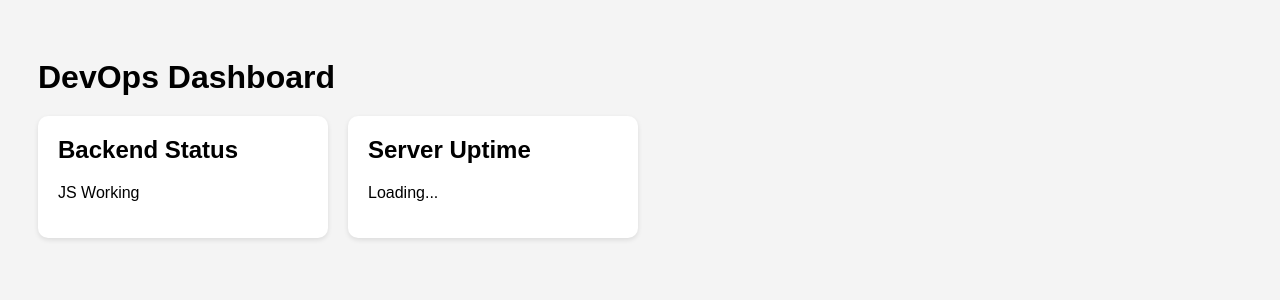
Repository: manoj-991/devops-dashboard
Page: frontend/index.html
An editor plug-in stored every save of this project. The page is shown before and after the next save, followed by the edit.
The browser window is 1280 px wide. The pictures show the whole page.
The page's requests for data from a server got no answer.

Above is the page before, as saved 2026-05-23 00:06:18.

### frontend/index.html
<!DOCTYPE html>
<html>

<head>

    <title>DevOps Dashboard</title>

    <link rel="stylesheet" href="/frontend/style.css">

</head>

<body>

    <h1>DevOps Dashboard</h1>

    <div class="dashboard">

        <div class="card">

            <h2>Backend Status</h2>

            <p id="backend-status">Loading...</p>

        </div>

        <div class="card">

            <h2>Server Uptime</h2>

            <p id="uptime-result">Loading...</p>

        </div>

    </div>

    <script src="/frontend/app.js"></script>
</body>

</html>

### frontend/style.css
body {

    font-family: Arial;
    background-color: #f4f4f4;
    padding: 30px;
}

h1 {

    margin-bottom: 20px;
}

.dashboard {

    display: flex;
    gap: 20px;
    flex-wrap: wrap;
}

.card {

    background: white;
    padding: 20px;
    width: 250px;
    border-radius: 10px;

    box-shadow: 0 2px 5px rgba(0,0,0,0.1);
}

h2 {

    margin-top: 0;
}

### frontend/app.js
console.log("APP JS LOADED");

document.getElementById("backend-status").innerText =
    "JS Working";

After the next save:
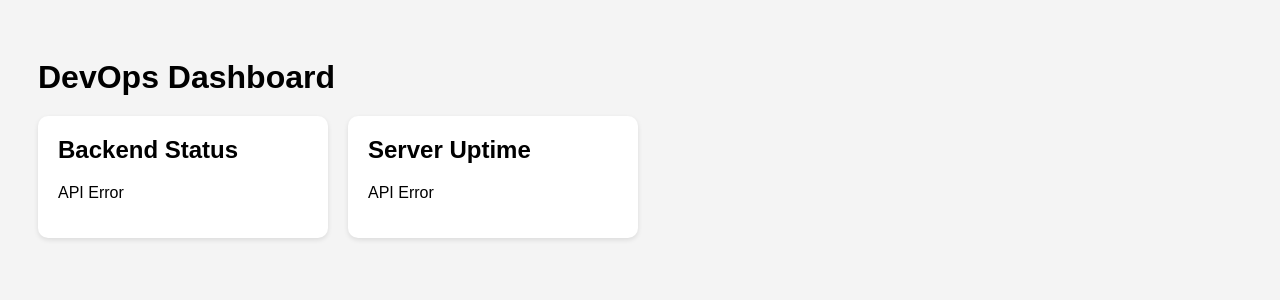
Saved 103 s later.
--- a/frontend/app.js
+++ b/frontend/app.js
@@ -1,4 +1,52 @@
 console.log("APP JS LOADED");
 
-document.getElementById("backend-status").innerText =
-    "JS Working";
+async function loadBackendStatus() {
+
+    try {
+
+        const response = await fetch("/api/health");
+
+        const data = await response.json();
+
+        document.getElementById("backend-status").innerText =
+            data.status;
+
+    } catch (error) {
+
+        document.getElementById("backend-status").innerText =
+            "API Error";
+
+        console.error(error);
+    }
+}
+
+async function loadUptime() {
+
+    try {
+
+        const response = await fetch("/api/uptime");
+
+        const data = await response.json();
+
+        document.getElementById("uptime-result").innerText =
+            data.uptime;
+
+    } catch (error) {
+
+        document.getElementById("uptime-result").innerText =
+            "API Error";
+
+        console.error(error);
+    }
+}
+
+async function loadDashboard() {
+
+    await loadBackendStatus();
+
+    await loadUptime();
+}
+
+loadDashboard();
+
+setInterval(loadDashboard, 5000);
